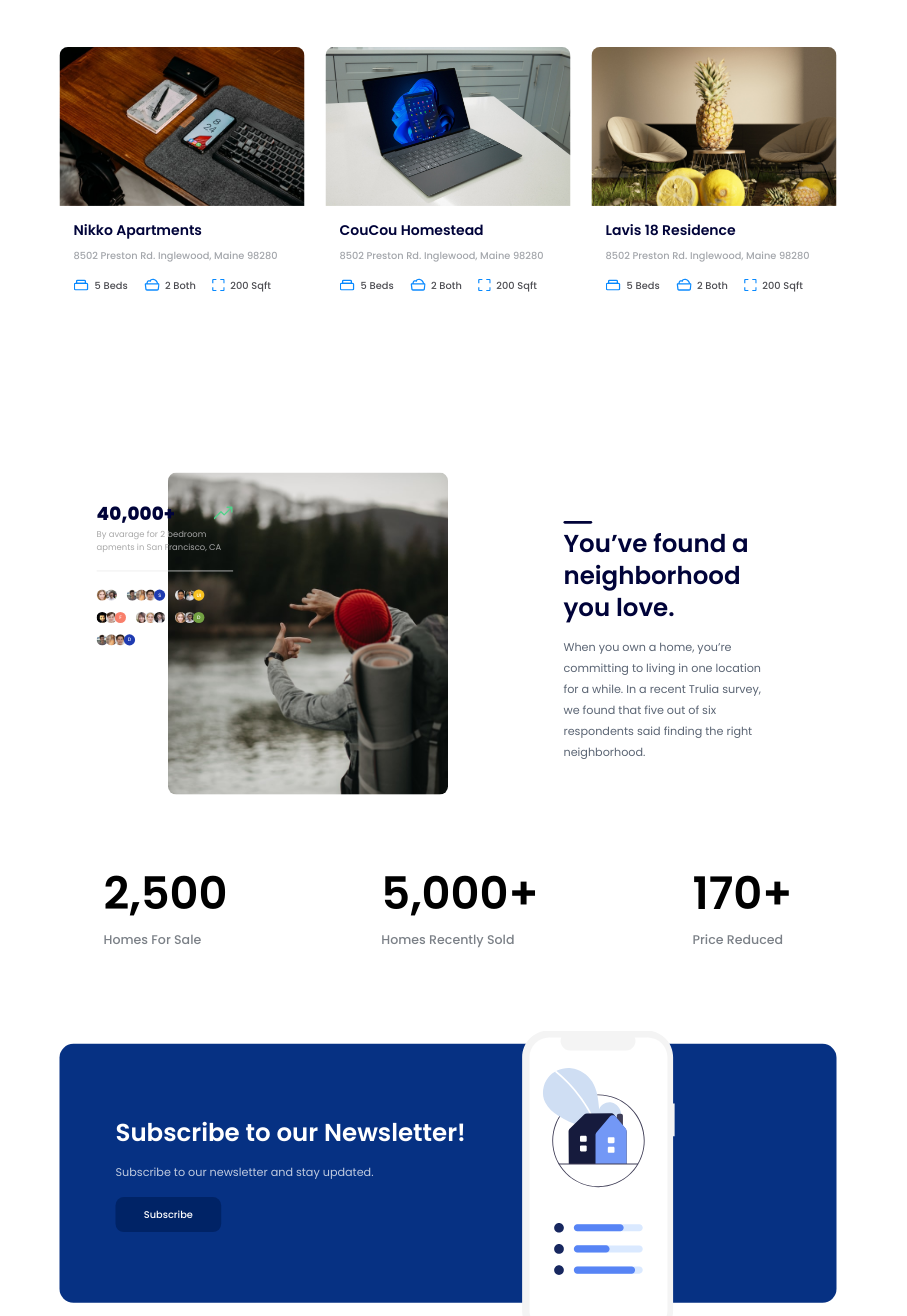
Repository: datvu1608/dv-htmlcss-01
Page: index.html
The author's editor kept a copy of each file at every save. The page is drawn from the files as they stood at one save, then again after the next save.
The browser window is 1280 px wide. The page is 1295 px wide, so the pictures cover 1295 px, including what lies to the right of the window. The pictures show the part of the page from y = 1963 to 3843 px (the page is 3843 px tall), at 70% of full size.

Above is the page before, as saved 2023-06-13 16:23:57.

After the next save:
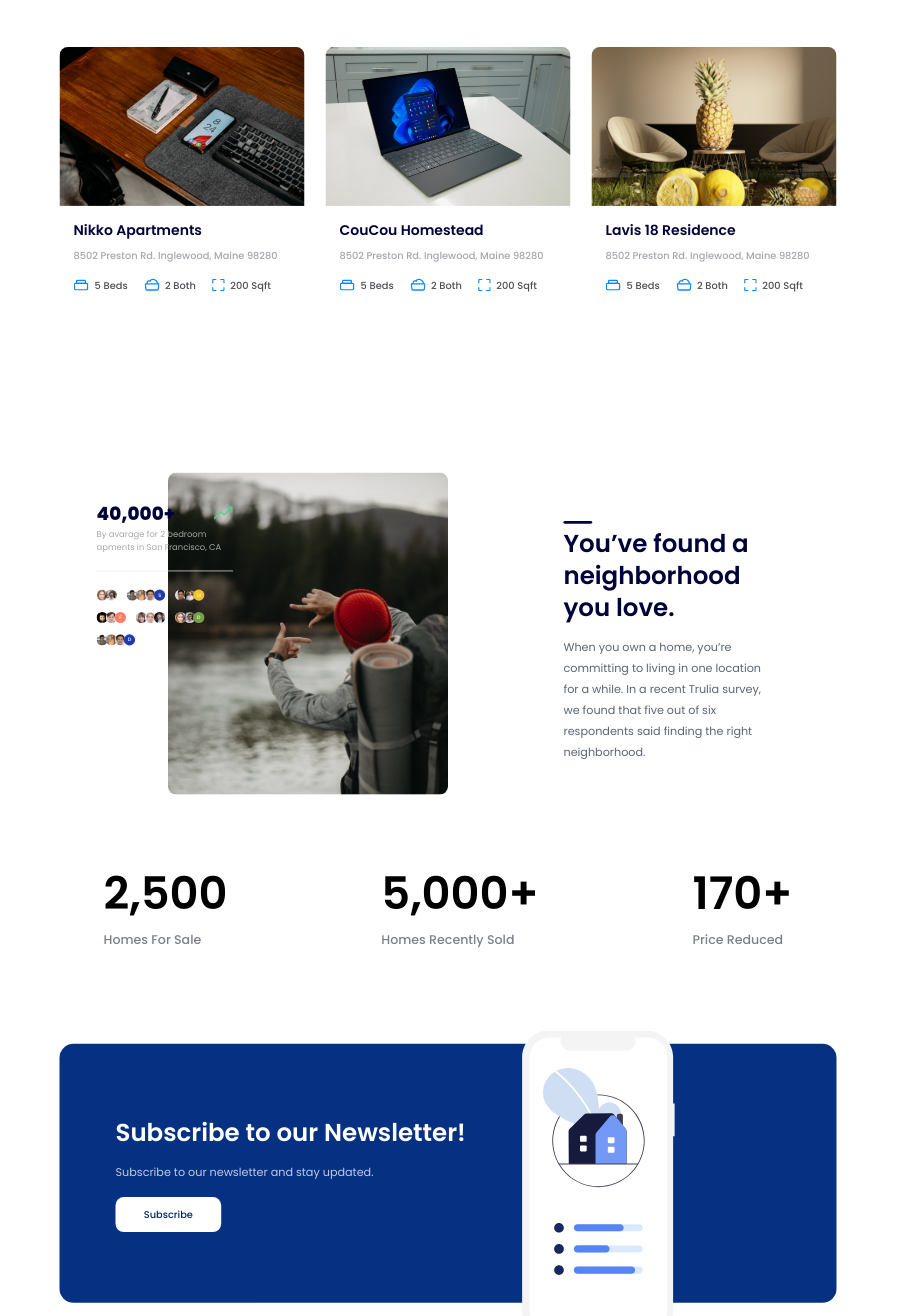
Saved 9 s later.
--- a/assets/css/style.css
+++ b/assets/css/style.css
@@ -472,5 +472,5 @@
   min-width: 151px;
   background: #ffffff;
   border-radius: 12px;
-  background: #002366;
-}
+  color: #002366;
+}
